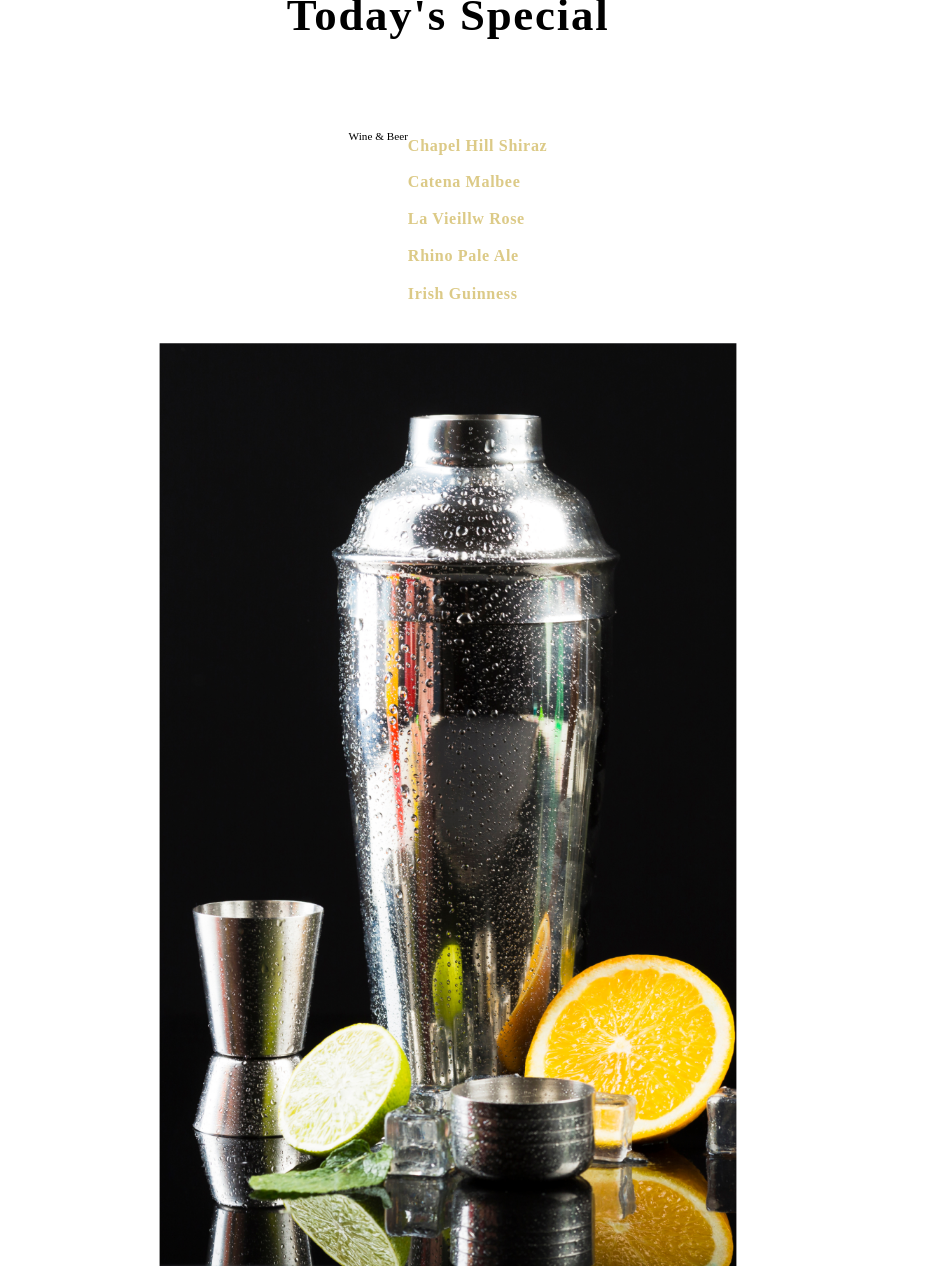
Repository: remydev47/restaurant
Page: /
These files come from the project's save history. The page is drawn as it stood at one moment and after the next save; the edit follows.
The browser window is 1280 px wide. The page is 1336 px wide, so the pictures cover 1336 px, including what lies to the right of the window. The pictures show the part of the page from y = 2609 to 4449 px (the page is 4954 px tall before and 5483 px after), at 70% of full size.
Backgrounds fixed to the window are drawn as part of the page. The project was rebuilt for these pictures with package versions that can differ from the ones it lists, and the page was loaded fresh each time. Also part of the build but not shown: src/container/Chef/Chef.css, src/components/Footer/Newsletter.jsx, src/components/Footer/FooterOverlay.jsx, src/components/Menuitem/MenuItem.css. Imported but missing from the stored project, and not drawn on this page: src/assets/meal.mp4.

Above is the page before, as saved 2022-03-16 08:01:31.

After the next save:
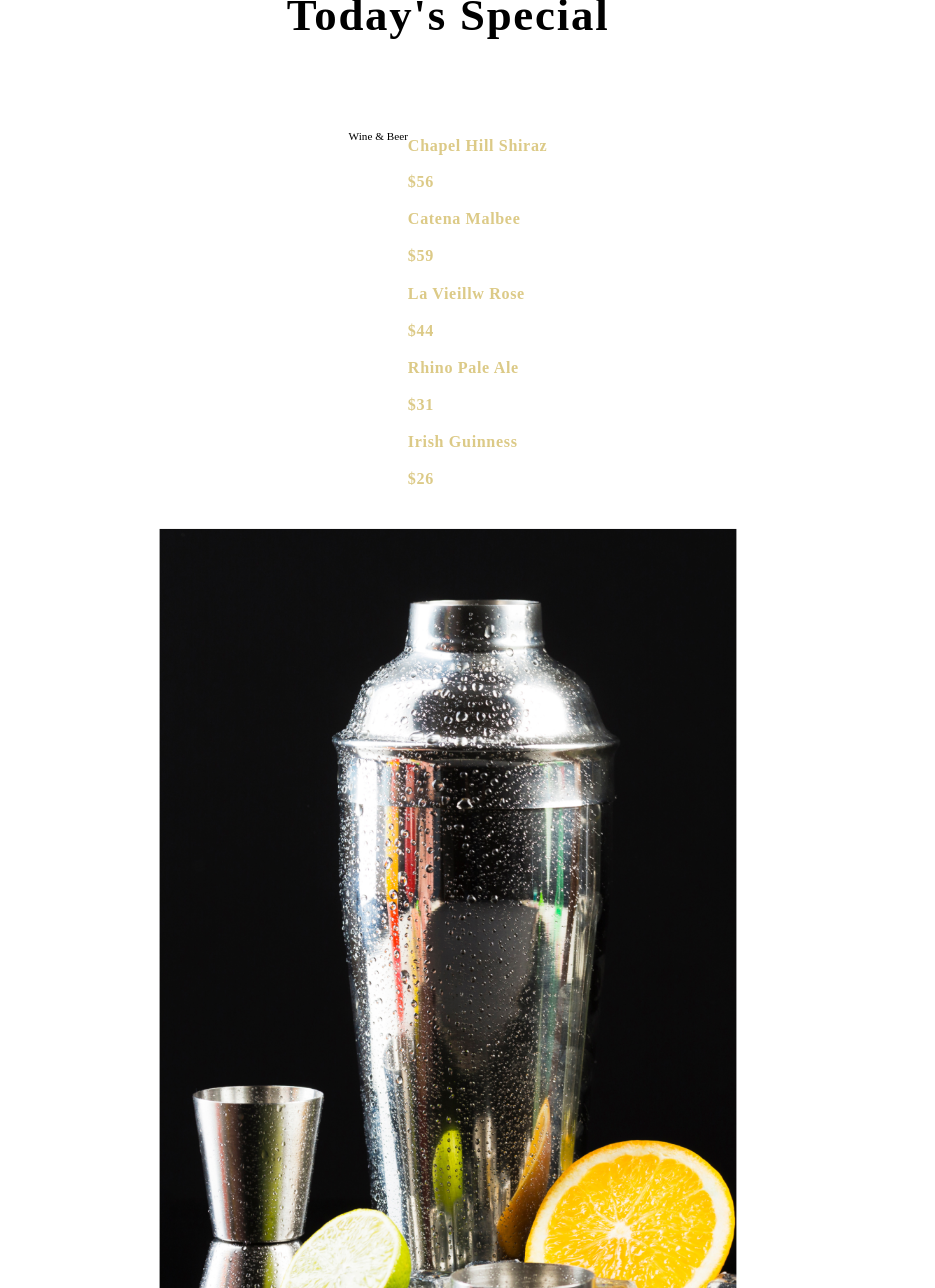
Saved 2 min 0 s later.
--- a/src/components/Menuitem/MenuItem.jsx
+++ b/src/components/Menuitem/MenuItem.jsx
@@ -8,6 +8,10 @@ const MenuItem = ({ title, price, tags }) => (
       <div className="app__menuitem-name">
         <p className="p__cormorant" style={{ color: '#DCCA87'}}>{title}</p>
       </div>
+
+      <div className="app__menuitem-price">
+        <p className="p__cormorant" style={{ color: '#DCCA87'}}>{price}</p>
+      </div>
     </div>
   </div>
 );
